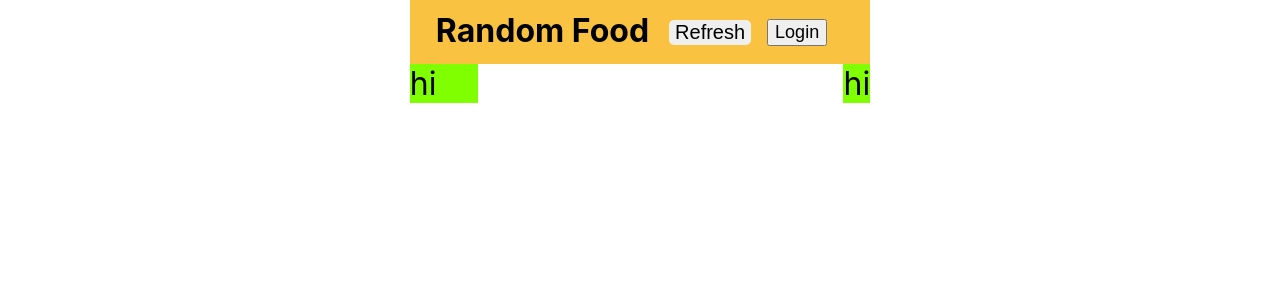
Repository: limjoohyun2030/random-food
Page: /random-food/home
These files come from the project's save history. The page is drawn as it stood at one moment and after a run of saves; the edit follows.
The browser window is 1280 px wide. The pictures show the whole page.
The page's requests for data from a server got no answer. The project was rebuilt for these pictures with package versions that can differ from the ones it lists, and the page was loaded fresh each time. A package was used in the major version that the imports need, not the one package.json lists. No one was signed in, and anything a server would have sent is missing. Also part of the build but not shown: src/components/food_detail/food_detail.module.css, src/components/food_detail/food_detail.jsx, src/components/food_item/food_item.module.css, src/components/food_item/food_item.jsx, src/components/login/login.module.css, src/components/login/login.jsx.

Above is the page before, as saved 2021-11-11 02:23:36.

After the next 2 saves:
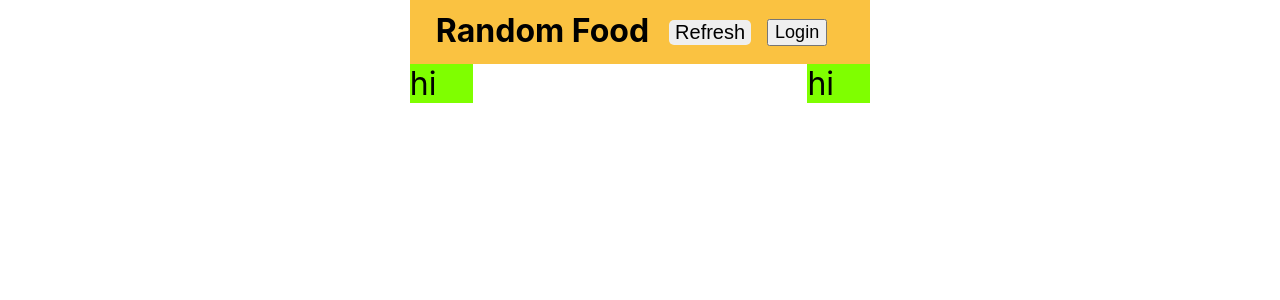
The 2 saves are shown as one change because they came seconds apart.
The last was saved 8 s later.
--- a/src/components/food_list/food_list.module.css
+++ b/src/components/food_list/food_list.module.css
@@ -22,6 +22,7 @@
 .sidebarRight {
   background-color: chartreuse;
   font-size: 2em;
+  width: 15%;
 }
 
 @media screen and (max-width: 769px) {
